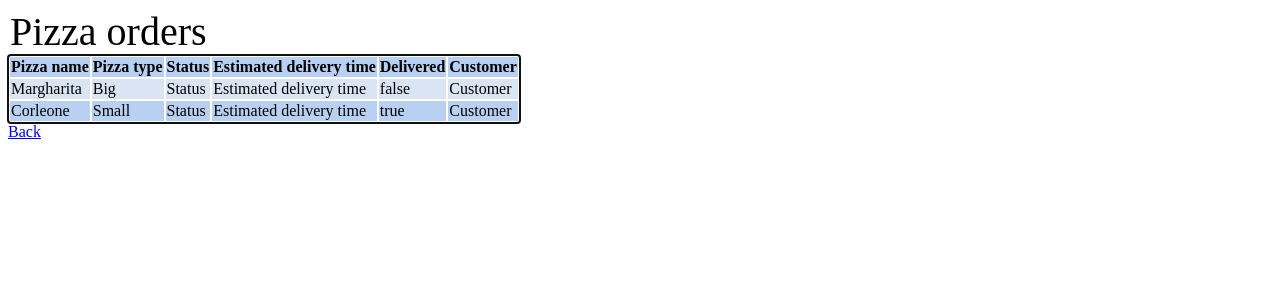
Repository: lukas77pro/html_css_js
Page: html/Test/WebContent/Tabela.html
The author's editor kept a copy of each file at every save. The page is drawn from the files as they stood at one save, then again after the next save.
The browser window is 1280 px wide. The pictures show the whole page.
The first visible `table` has the focus.

Above is the page before, as saved 2015-07-10 13:10:08.

After the next save:
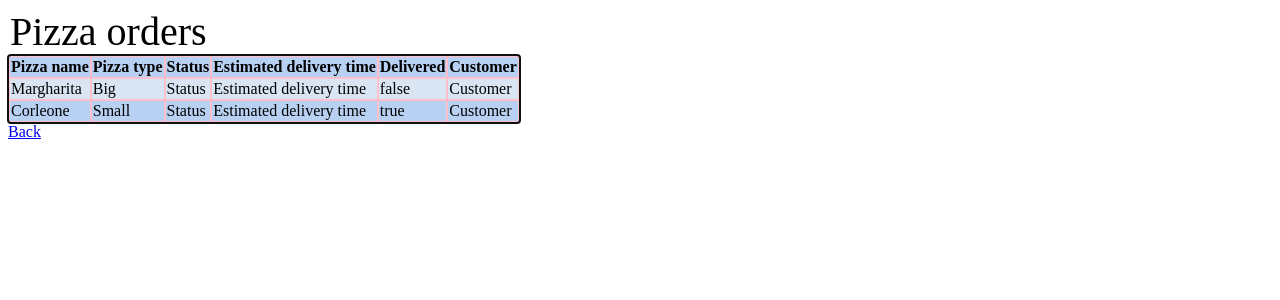
Saved 69 s later.
--- a/html/Test/WebContent/Styl.css
+++ b/html/Test/WebContent/Styl.css
@@ -31,3 +31,7 @@ table tr:nth-child(odd) {
 table tr:nth-child(even) {
 	background: #dae5f4;
 }
+
+table:focus {
+  background: pink;
+}

After the save that followed:
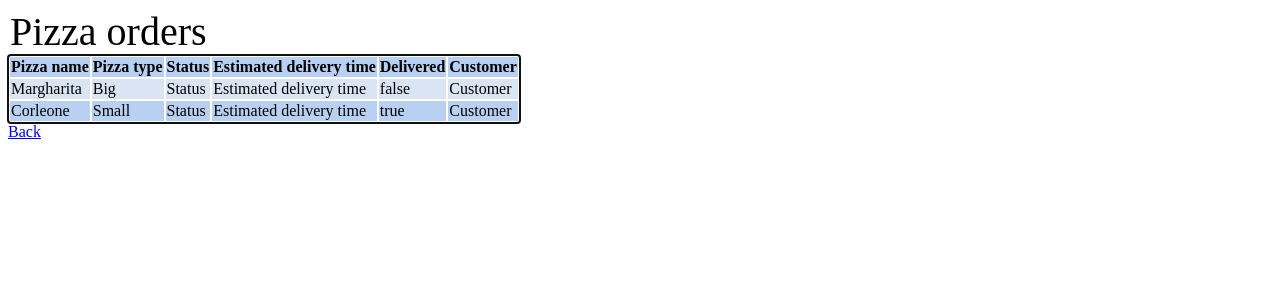
Saved 52 s later.
--- a/html/Test/WebContent/Styl.css
+++ b/html/Test/WebContent/Styl.css
@@ -32,6 +32,6 @@ table tr:nth-child(even) {
 	background: #dae5f4;
 }
 
-table:focus {
+table:hover {
   background: pink;
 }
